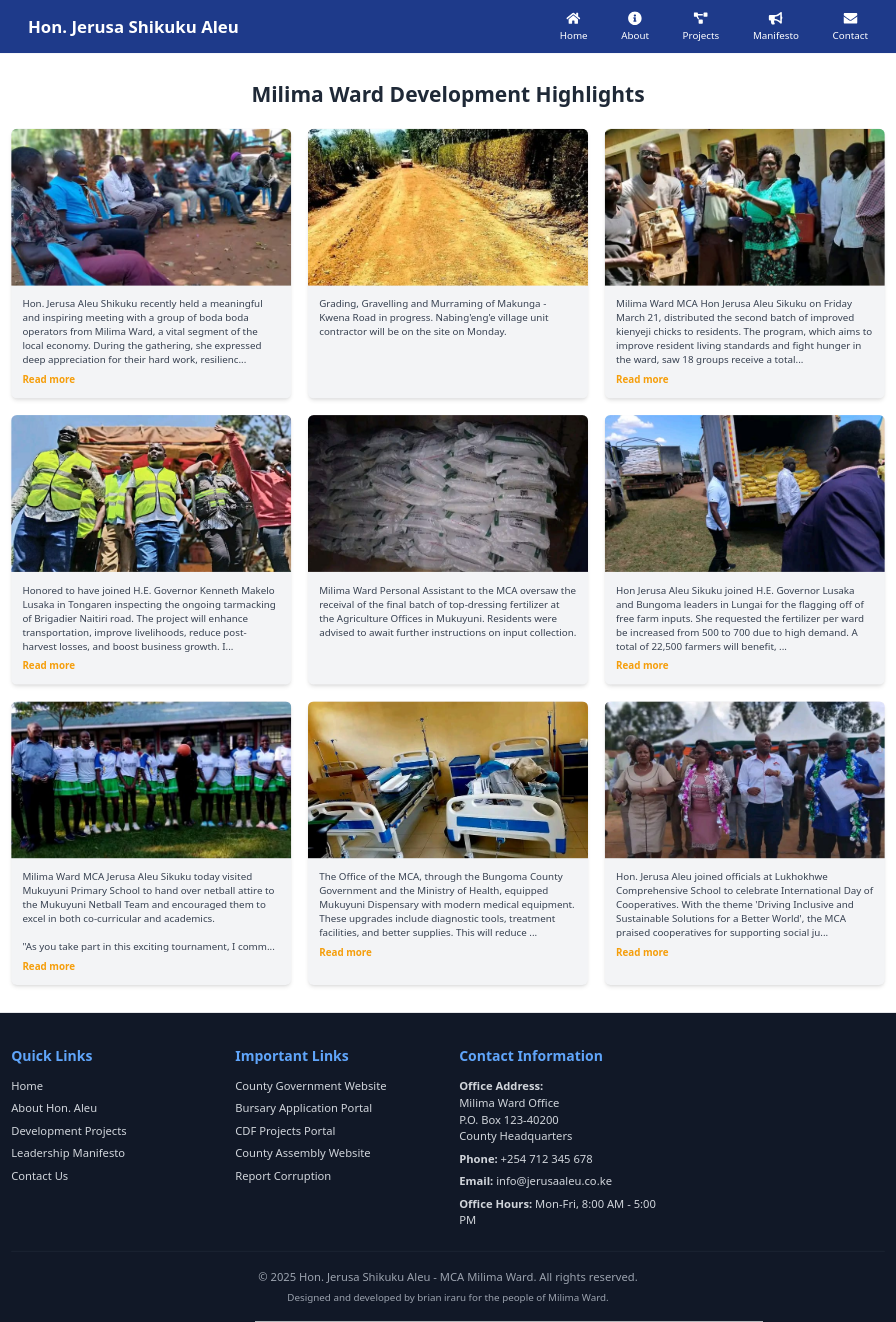
Repository: Engineer-collo/Hon_Jerusa_Shikuku_Aleu
Page: /projects
The author's editor kept a copy of each file at every save. The page is drawn from the files as they stood at one save, then again after the next save.
The browser window is 1280 px wide. The pictures show the whole page, at 70% of full size.
The project was rebuilt for these pictures with package versions that can differ from the ones it lists, and the page was loaded fresh each time. Also part of the build but not shown: vite.config.js.

Above is the page before, as saved 2025-07-20 19:07:05.

After the next save:
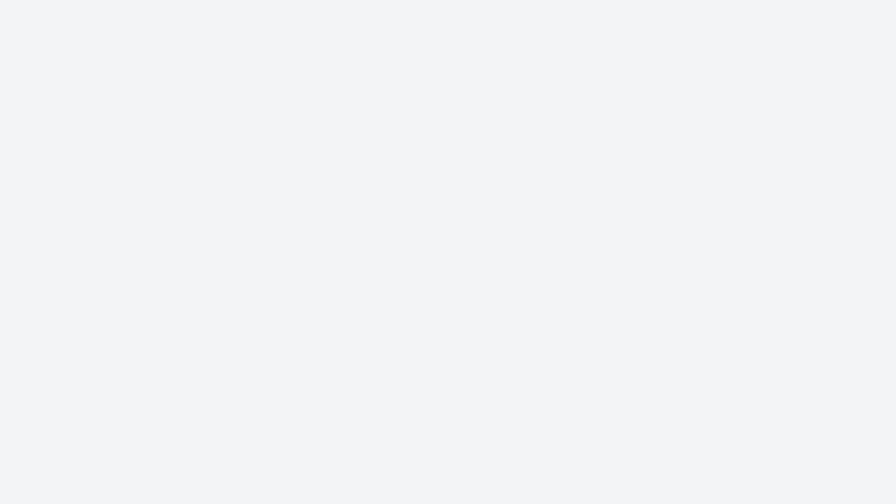
Console error: ReferenceError: GallerySlider is not defined
Saved 8 s later.
--- a/src/Gallery.jsx
+++ b/src/Gallery.jsx
@@ -9,7 +9,7 @@ const imageList = [
   '/images/gallery/img5.jpg',
 ];
 
-const GallerySlider = () => {
+const Gallery = () => {
   const [currentIndex, setCurrentIndex] = useState(0);
 
   const nextImage = () => {

After the save that followed:
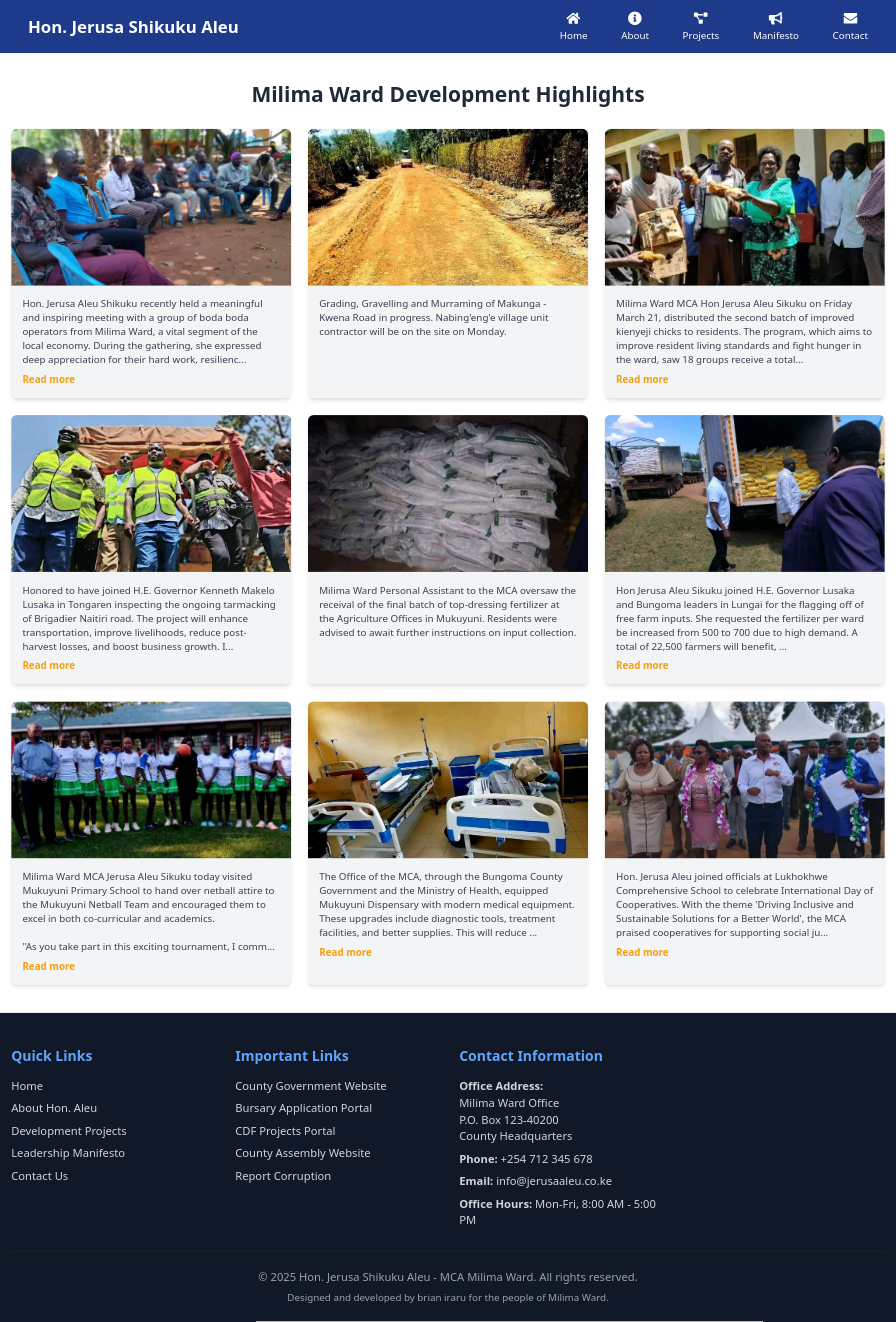
The error is gone.
Saved 6 s later.
--- a/src/Gallery.jsx
+++ b/src/Gallery.jsx
@@ -52,4 +52,4 @@ const GallerySlider = () => {
   );
 };
 
-export default GallerySlider;
+export default Gallery;
